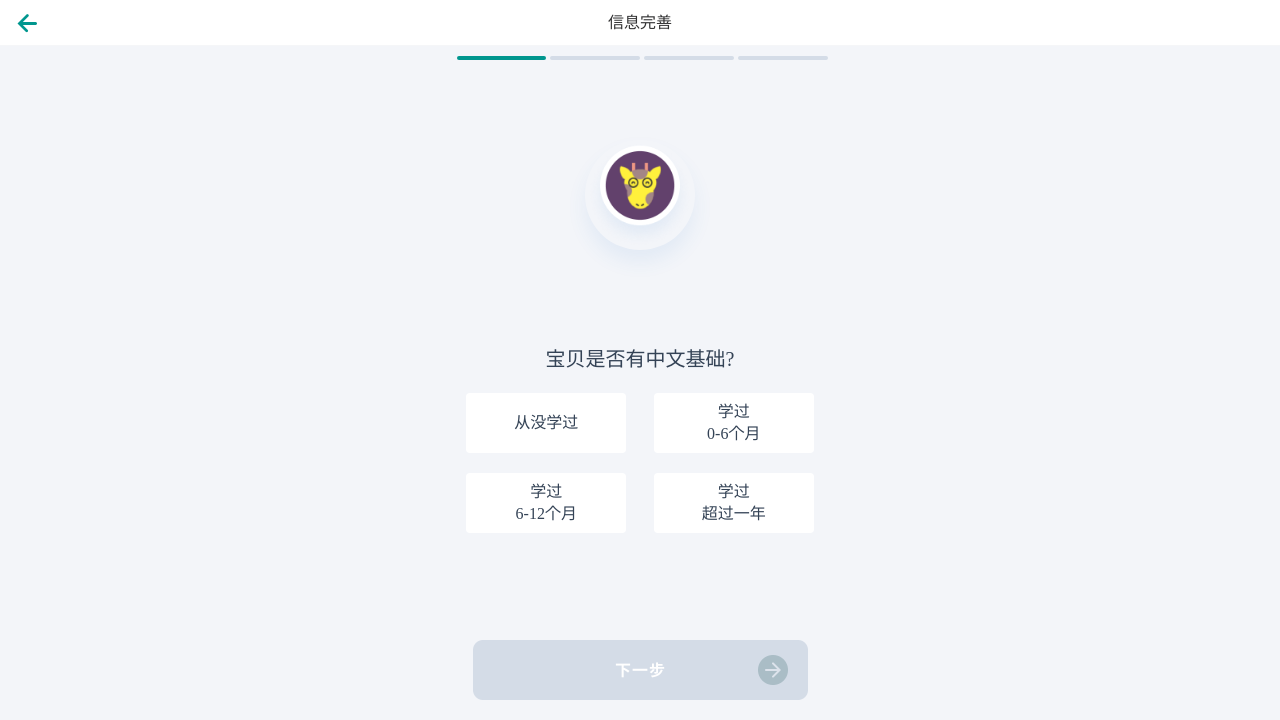
Repository: huangjf1/1
Page: /
The author's editor kept a copy of each file at every save. The page is drawn from the files as they stood at one save, then again after the next save.
The browser window is 1280 px wide. The pictures show the whole page.
The project was rebuilt for these pictures with package versions that can differ from the ones it lists, and the page was loaded fresh each time. Also part of the build but not shown: vue.config.js.

Above is the page before, as saved 2021-08-24 11:35:57.

After the next save:
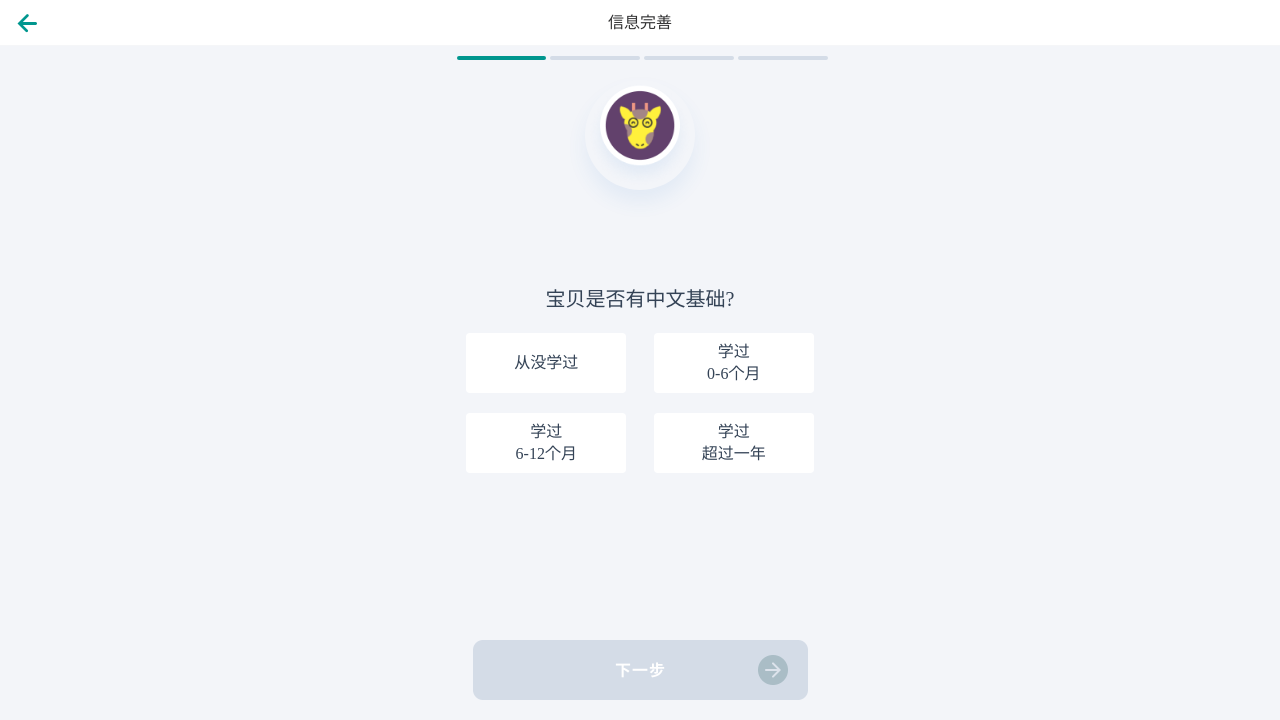
Saved 14 s later.
--- a/src/views/index.vue
+++ b/src/views/index.vue
@@ -413,7 +413,7 @@
         height: 110px;
         border-radius: 50%;
         box-shadow: 0px 12px 19px rgba(60, 128, 209, 0.0851449);
-        margin-top: 80px;
+        margin-top: 20px;
       }
       .btn {
         width: 335px;

After the save that followed:
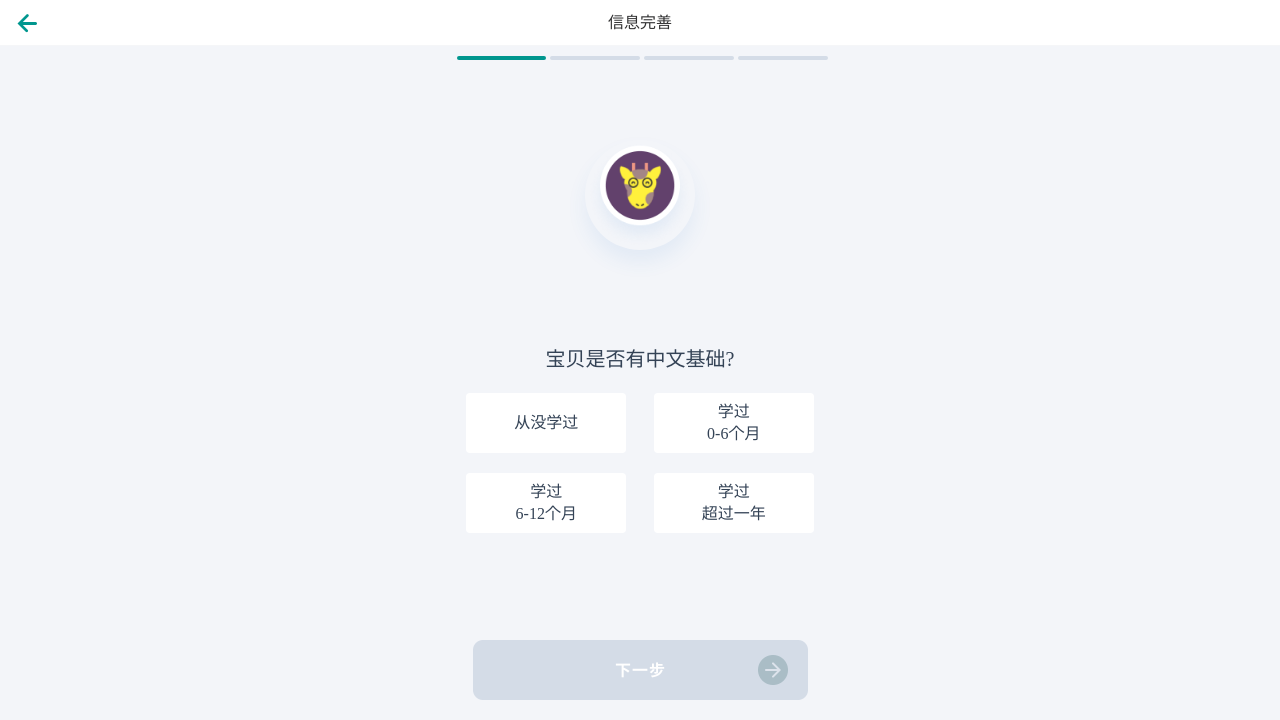
Saved 21 s later.
--- a/src/views/index.vue
+++ b/src/views/index.vue
@@ -413,7 +413,7 @@
         height: 110px;
         border-radius: 50%;
         box-shadow: 0px 12px 19px rgba(60, 128, 209, 0.0851449);
-        margin-top: 20px;
+        margin-top: 80px;
       }
       .btn {
         width: 335px;
